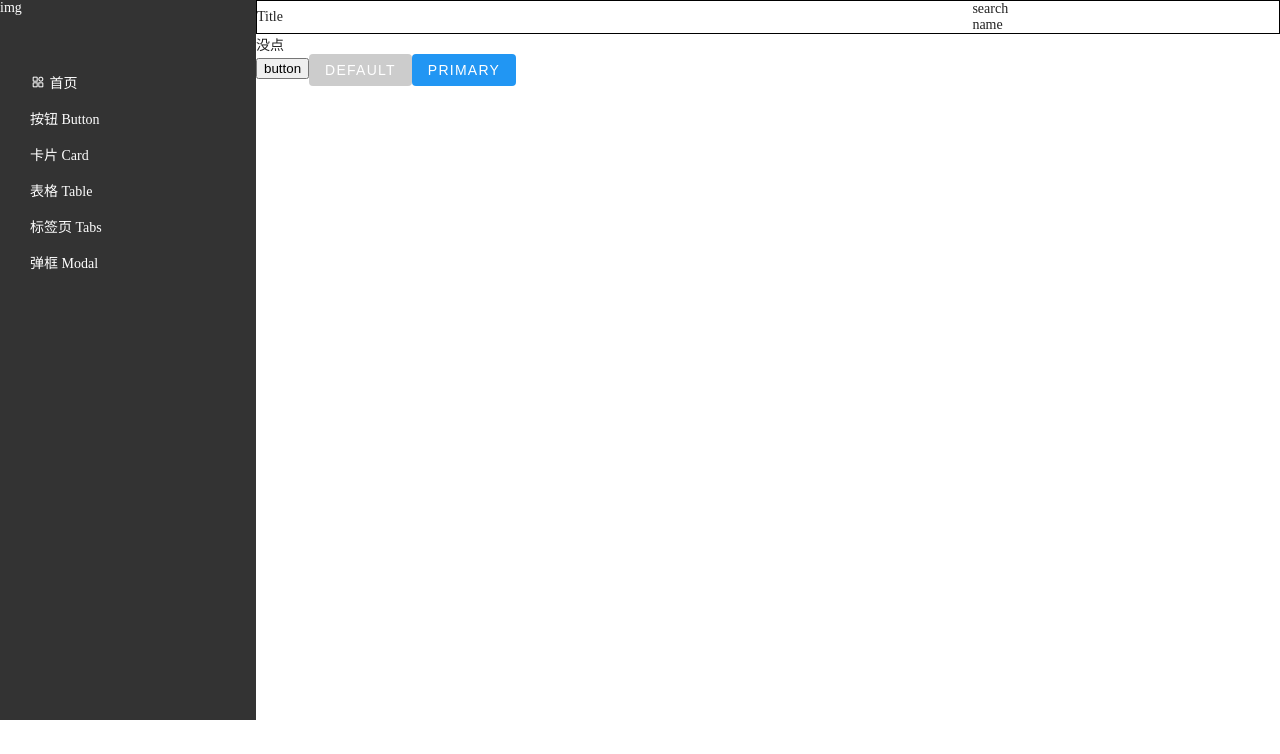
Repository: wyhsunflower/koalaUI
Page: /
These files come from the project's save history. The page is drawn as it stood at one moment and after the next save; the edit follows.
The browser window is 1280 px wide. The pictures show the whole page.
The project was rebuilt for these pictures with package versions that can differ from the ones it lists, and the page was loaded fresh each time. Also part of the build but not shown: webpack.config.js, src/components/Modal/Modal.vue. Imported but missing from the stored project, and not drawn on this page: src/views/go/go2.vue.

Above is the page before, as saved 2020-03-12 22:03:40.

### index.html
<!DOCTYPE html>
<html lang="en">
<head>
    <meta charset="UTF-8">
    <title>koala's UI</title>
</head>
<body>
<div id="app"></div>
</body>
</html>

### src/index.js
import Vue from 'vue';
import App from './app';
import './components/components.js'
import './styles/global.scss';
import './styles/iconfont/icon.scss'
import router from './router/route';


new Vue({
    router,
    render(h) {
        return h(App);
    }
}).$mount('#app');

### src/app.vue
<template>
    <div id="app" class="container">
        <SideBar></SideBar>
        <div class="right">
            <Header></Header>
            <div class="main">
                <transition>
                 <router-view></router-view>
                </transition>
            </div>
        </div>
    </div>
</template>
<script>
    import SideBar from './SideBar';
    import Header from './Header';
    export default {
        name: "app",
        components:{
            SideBar,
            Header
        },
    }
</script>

<style lang="scss" scoped>
    @import "styles/global";
    .container{
        width: 100%;
        display: flex;
        flex-flow: row nowrap;
        height: 100%;
    }
    .right{
        width: 80%;
        height: 100%;
    }
        .main{
            width: 100%;
            height: 100%;
        }
</style>

### src/components/components.js
import Vue from 'vue'
import Button from './Button/Button';
import Modal from './Modal/Modal';

Vue.component('Button',Button);
Vue.component('Modal',Modal);

### src/styles/global.scss
$font-color: rgba(0,0,0, 0.87);
$color-btn-default:#ccc;
$color-btn-primary:#2196f3;
* {
    box-sizing: border-box;
}
html, body {
    margin: 0;
    padding: 0;
}
html{
    width: 100%;
    height: 100%;
    outline: none;
}
body {
    color: $font-color;
    font-size: 14px;
    height: 100%;
    width: 100%;
}
.koala-button{

    -moz-osx-font-smoothing: grayscale;
    -webkit-font-smoothing: antialiased;
    font-size: .875rem;
    line-height: 2.25rem;
    font-weight: 500;
    letter-spacing: .0892857143em;
    text-decoration: none;
    text-transform: uppercase;
    padding: 0 8px 0 8px;
    display: inline-flex;
    position: relative;
    align-items: center;
    justify-content: center;
    box-sizing: border-box;
    min-width: 64px;
    border: none;
    outline: none;
    line-height: 1;
    -webkit-user-select: none;
    -moz-user-select: none;
    -ms-user-select: none;
    user-select: none;
    -webkit-appearance: none;
    overflow: visible;
    vertical-align: middle;
    border-radius: 4px;

    padding: 0 16px 0 16px;
    min-width: 4.5rem;
    color: #fff;
    height: 2.25em;
}

### src/styles/iconfont/icon.scss
@font-face {font-family: "iconfont";
  src: url('./iconfont.eot?t=1575969178796'); /* IE9 */
  src: url('./iconfont.eot?t=1575969178796#iefix') format('embedded-opentype'), /* IE6-IE8 */
       url('./iconfont.woff?t=1575969178796') format('woff'),
       url('./iconfont.ttf?t=1575969178796') format('truetype'), /* chrome, firefox, opera, Safari, Android, iOS 4.2+ */
       url('./iconfont.svg?t=1575969178796#iconfont') format('svg'); /* iOS 4.1- */
}
.iconfont {
  font-family: "iconfont" !important;
  font-size: 16px;
  font-style: normal;
  -webkit-font-smoothing: antialiased;
  -moz-osx-font-smoothing: grayscale;
}
.icon-all:before {
  content: "\e6ef";
}

### src/router/route.js
import Router from 'vue-router';
import Vue from 'vue';
//import Home from '../app';
//import Button from '../components/Button/Button';
import Home from '../views/home';


const routerListDir=[];

function importAllRouter(r) {
    r.keys().forEach(
        (key)=>routerListDir.push(r(key).default)
    )
}

importAllRouter(require.context('../router',true,/\.router\.js/));
Vue.use(Router);
console.log(routerListDir);

export default new Router({
    routes: [
        ...routerListDir,
        { path: '/',component:Home},
        //{ path: '/button',component:Button},
    ]
});

### src/SideBar.vue
<template>
    <div class="side">
        <div class="top">
            <div>img</div>
            <!--<img src="./static/img/logo.jpg">-->
        </div>
        <ul class="side-list">
            <li v-for="x of lists">
                <i class="iconfont" :class="x.icon"></i>
                {{x.name}}
            </li>
        </ul>
    </div>
</template>

<script>
    export default {
        name: "SideBar",
        data(){
            return{
                lists:[
                    {
                        name:'首页',
                        icon:'icon-all',
                    },
                    {
                        name:'按钮 Button',
                        icon:'button',
                    },
                    {
                        name:'卡片 Card',
                        icon:'card',
                    },
                    {
                        name:'表格 Table',
                        icon:'table',
                    },
                    {
                        name:'标签页 Tabs',
                        icon:'tabs',
                    },
                    {
                        name:'弹框 Modal',
                        icon:'modal',
                    },
                ],
            }
        },
    }
</script>

<style lang="scss" scoped>
    .side {
        max-width: 300px;
        width: 20%;
        background: rgba(0,0,0,.8);
        height: 100%;
        color: #fff;
    }
    .top {
        height: 50px;
    }
    ul{
        list-style: none;
        padding: 0;
    }
    li{
        padding: 8px 30px;
        &:hover{background: rgba(0,0,0,.2);}
    }
</style>

### src/Header.vue
<template>
    <div class="header">
        <div class="title">Title</div>
        <div class="right">
            <div class="search">search</div>
            <div class="config">name</div>
        </div>
    </div>
</template>

<script>
    export default {
        name: "Header"
    }
</script>

<style lang="scss" scoped>
    .header{
        width: 100%;
        display: flex;
        justify-content: space-between;
        align-items: center;
        border: 1px solid #000;
    }
    .title{
        width: 60%;
    }
    .right{
        width: 30%;
    }
</style>

### src/components/Button/Button.vue
<template>
    <component
            class="koala-button"
            :class="buttonType"
            is="button"
            @click="onClick"
    >
        <slot></slot>
    </component>
</template>

<script>
    //type color icon
    export default {
        name: "Button",
        props:['self','type','color'],
        data(){
            return{
            }
        },
        components:{

        },
        computed:{
            buttonType(){
                return `koala-button-${this.type}`
            },
        },
        methods:{
            onClick(e){
                this.$emit('click', e);
            }
        },
        mounted(){
        },
    }
</script>

<style lang="scss" scoped >
    @import "../../styles/global.scss";
// .koala-button{
//     background-color:#ccc;
//     min-width: 4.5rem;
//     border-radius: .25rem;
//     color: #fff;
//     font-size: .875rem;
//     font-weight: 300;
//     box-sizing: border-box;
//     position: relative;
//     -webkit-user-select: none;
//     -moz-user-select: none;
//     -ms-user-select: none;
//     user-select: none;
//     cursor: pointer;
//     outline: none;
//     border: none;
//     -webkit-tap-highlight-color: transparent;
//     display: inline-block;
//     white-space: nowrap;
//     text-decoration: none;
//     vertical-align: baseline;
//     text-align: center;
//     margin: 0;
//     min-width: 64px;
//     line-height: 36px;
//     padding: 0 16px;
//     border-radius: 4px;
//     overflow: visible;
//     transform: translate3d(0, 0, 0);
//     transition: background 400ms cubic-bezier(0.25, 0.8, 0.25, 1),box-shadow 280ms cubic-bezier(0.4, 0, 0.2, 1);
// }
    .koala-button-default{
        background-color:$color-btn-default;
    }
    .koala-button-primary{
        background-color:$color-btn-primary;
    }
</style>

### src/views/home.vue
<template>
    <div class="main-container">
        <div>{{message}}</div>
        <button @click="showModal">button</button>
        <Modal v-if="modal" :self="this" :confirmCallback="confirmWay" :cancelCallback="cancelWay">
            <div>Modal组件</div>
            <div>Modal组件</div>
            <div>Modal组件</div>
            <div>Modal组件</div>
            <div>Modal组件</div>
            <div>Modal组件</div>
        </Modal>
        <Button @click="clicked('default')" type="default">Default</Button>
        <Button @click="clicked('primary')" type="primary">Primary</Button>
    </div>
</template>

<script>
    // import Modal from '../components/Modal/Modal.vue'
    // import Button from '../components/Button/Button.vue'
    export default {
        name: "home",
        data(){
            return{
                modal:false,
                message:'没点'
            }
        },
        // components:{
        //     Button
        // },
        methods:{
            showModal(){
                this.modal = true
            },
            confirmWay(){
                this.message = '确定'
            },
            cancelWay(){
                this.message = '取消了'
            },
            clicked(name){
                alert(name)
            },
        },
    }
</script>

<style scoped>

</style>

### src/router/button.router.js
import Button from '../components/Button/Button';
export default {
    path: '/button',
    name: 'button',
    component:Button,
    children:[]
}

### src/router/modal.router.js
import Modal from '../components/Modal/Modal';
export default {
    path: '/modal',
    name: 'modal',
    component:Modal,
}

### src/router/sample.router.js
import Sample from '../views/go/go2.vue';
export default {
    path: '/sample',
    name: 'sample',
    component:Sample,
}

After the next save:
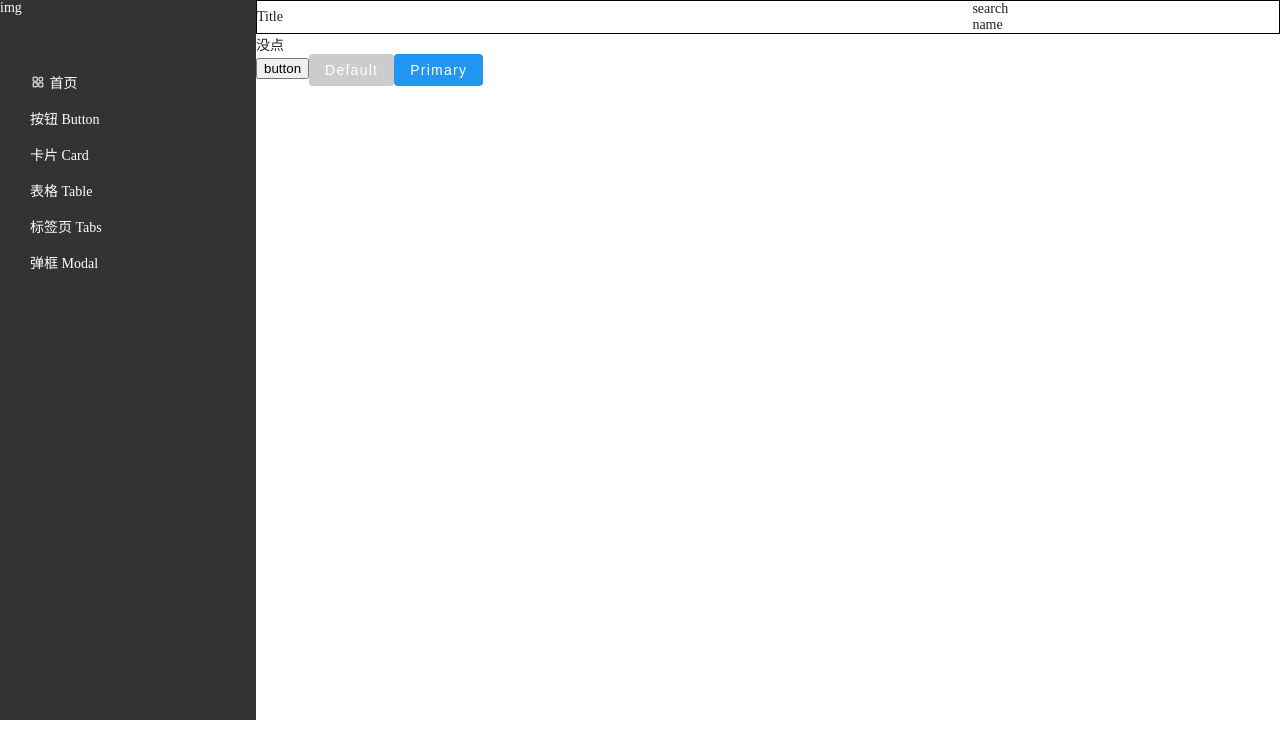
Saved 104 s later.
--- a/src/styles/global.scss
+++ b/src/styles/global.scss
@@ -28,7 +28,6 @@ body {
     font-weight: 500;
     letter-spacing: .0892857143em;
     text-decoration: none;
-    text-transform: uppercase;
     padding: 0 8px 0 8px;
     display: inline-flex;
     position: relative;
